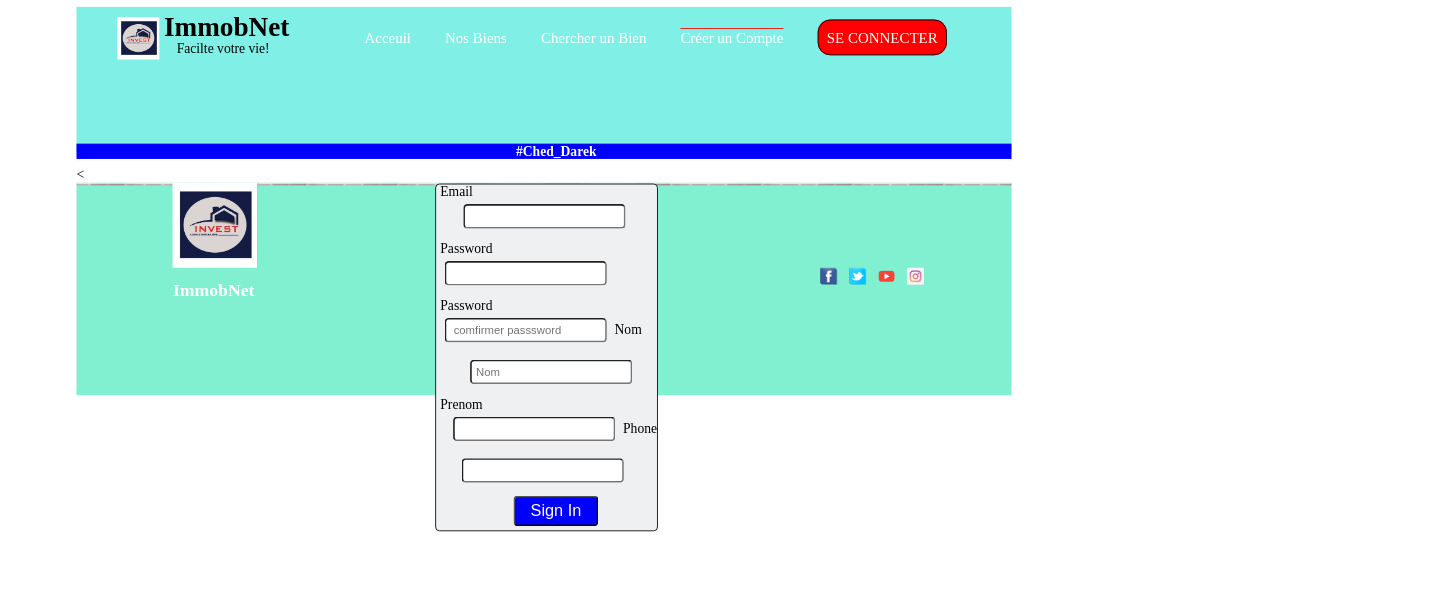
Repository: hassen-mnejja/Real_Estate_Agency_Website
Page: http://localhost/frontoffice/Register
The author's editor kept a copy of each file at every save. The page is drawn from the files as they stood at one save, then again after the next save.
The browser window is 1280 px wide. The page is 1707 px wide, so the pictures cover 1707 px, including what lies to the right of the window. The pictures show the whole page, at 85% of full size.
The page is served by Tomcat 9. Other server files are loaded and not shown.

Above is the page before, as saved 2020-06-26 17:54:09.

### frontoffice/WebContent/WEB-INF/register.jsp
<%@ page pageEncoding="UTF-8" %>
<%@ taglib uri="http://java.sun.com/jsp/jstl/core" prefix="c" %>
<!DOCTYPE html>
<html>
    <head>
        <meta charset="utf-8" />
        <link rel="stylesheet" href="style50.css" />
        <!--  <link href="css/bootstrap.min.css" rel="stylesheet" id="bootstrap-css">-->
        <title>Acceuil</title>
    </head>
    <body>

         <div id="bloc_page">
        	<header>
        		<div id="logo">
        	    <img src="invest-image.png" title="Avec ImmobNet Trouvez ce que vous conviendrez" >
        	    <h1>ImmobNet</h1>
        	    <p>Facilte votre vie!</p>
        	    </div>
                <nav>
                	<ul>
                		<li><a href="Acceuil" >Acceuil</a></li>
                		<li><a href="#">Nos Biens </a>
                		<ul class="down">
                			<li><a href="Image?nombre=2">Maison</a></li>
                			<li><a href="Image?nombre=1">Appartement</a></li>
                			<li><a href="Image?nombre=3">Studio</a></li>
                            <li><a href="Image?nombre=4">Emplacement</a></li>
                        </ul></li>
                		<li><a href="Image"> Chercher un Bien</a></li>

                		<c:choose>
                		<c:when test="${id==0 }">
                		<li ><a href="Image" ><span class="acceuil"> Créer un Compte</span></a></li>

                		<li class="blanc"><a href="User" class="couleur"> SE CONNECTER</a></li>
                		</c:when>

                		<c:otherwise>

                		<li><a href="Visite"> Visiter Mon compte</a></li>
                		 <li class="blanc"><a href="Deconnexion" class="couleur"> SE Déconnecter</a></li>


                		</c:otherwise>
                		</c:choose>


                    </ul>
                </nav>
            </header>
            <div class="essai">
            <h1>#Ched_Darek </h1>

            </div>
           <!--  <div style="border-radius:10px;magin margin:30px auto; width:600px">
<form action="Register" action="Get">
   <div class="p-3 mb-2 bg-light text-dark">
    <span>${message}</span>
    </div>
  <div class="form-row">
    <div class="form-group col-md-6">
      <label for="inputEmail4">Email</label>
      <input type="email" class="form-control" id="inputEmail4" name="email">
    </div>
    <div class="form-group col-md-6">
      <label for="inputPassword4">Password</label>
      <input type="password" class="form-control" id="inputPassword4" name="pwd1">
    </div>
  </div>
  <div class="form-group">
    <label for="inputAddress">password</label>
    <input type="password" class="form-control" id="inputAddress" placeholder=" comfirmer passsword" name="pwd2">
  </div>
  <div class="form-group">
    <label for="inputAddress2">nom</label>
    <input type="text" class="form-control" id="inputAddress2" placeholder="nom" name="nom">
  </div>
  <div class="form-row">
    <div class="form-group col-md-6">
      <label for="inputCity">Prenom</label>
      <input type="text" class="form-control" id="inputCity" name="prenom">
    </div>
    </div>
    <div class="form-row">
    <div class="form-group col-md-2">
      <label for="inputZip">phone</label>
      <input type="text" class="form-control" id="inputcity" name="num"><br>
    </div>
  </div>
  <br>
  <button type="submit" class="btn btn-primary">Sign in</button>
</form>
</div> -->

    <form method="post" action="Register">
      <span>
     <label for="inputEmail4">Email</label>
 </span>
    <input type="email" class="form-control" id="inputEmail4" name="email" required>


    <label for="inputPassword4">Password</label>
    <input type="password" class="form-control" id="inputPassword4" name="pwd1" require>

    <label for="inputAddress">Password</label>
    <input type="password" class="form-control" id="inputAddress" placeholder=" comfirmer passsword" name="pwd2" reqired>
    <label for="inputAddress2">Nom</label>
    <input type="text" class="form-control" id="inputAddress2" placeholder="Nom" name="nom" required>
    <label for="inputCity">Prenom</label>
    <input type="text" class="form-control" id="inputCity" name="prenom"required>
    <label for="inputZip">Phone</label>
    <input type="text" class="form-control" id="inputcity" name="num" required><br>
    <button type="submit" class="btn btn-primary">Sign In</button>
    </form>

    <  <div id="final">
            <footer>
            	    <div class="element1">

            		<img src="invest-image.png" >
            		<h1> ImmobNet</h1>
            	    </div>
            		<ul>
            			<li><a href="#"> Qui sommes nous?</a></li>
            			<li><a href="#">Contactez-nous</a></li>
            			<li><a href="#">Condition d'utilisation</a></li>
            			<li><a href="#"> Protection des données</a></li>
            		</ul>
            		<div class="element2">
            		<a href="#"><img src="facebook.png"></a>
            		<a href="#"><img src="twitter.png"></a>
            		<a href="#" class="youtube"><img src="you tube.png" ></a>
            		<a href="#"><img src="instagram.jpg"></a>
            	    </div>
            </footer>
            </div>
    </div>
    </body>
</html>

### frontoffice/src/com/please/Register.java
package com.please;

import java.io.IOException;

import javax.servlet.ServletException;
import javax.servlet.http.HttpServlet;
import javax.servlet.http.HttpServletRequest;
import javax.servlet.http.HttpServletResponse;

import com.stp.Utilisateur;

public class Register extends HttpServlet {
	private static final long serialVersionUID = 1L;

	public Register() {
		super();

	}

	@Override
	protected void doGet(HttpServletRequest request, HttpServletResponse response) throws ServletException, IOException {
		request.setAttribute("id", Utilisateur.id);
		request.getRequestDispatcher("/WEB-INF/register.jsp").forward(request, response);
	}

	@Override
	protected void doPost(HttpServletRequest request, HttpServletResponse response) throws ServletException, IOException {
		Utilisateur u = new Utilisateur();
		String pwd1 = request.getParameter("pwd1");
		String pwd2 = request.getParameter("pwd2");
		String email = request.getParameter("email");

		String nom = request.getParameter("nom");
		String prenom = request.getParameter("prenom");
		String tel = request.getParameter("num");
		request.setAttribute("pwd1", pwd1);
		request.setAttribute("nom", nom);
		request.setAttribute("prenom", prenom);
		request.setAttribute("tel", tel);
		request.setAttribute("email", email);
		String Message;
		if (pwd1.equals(pwd2)) {
			u.addClient(request);
			Utilisateur.id = u.dernierligne();
			Message = "succes inscription ";
			request.setAttribute("message", Message);

		} else {
			Message = "inscription echou� , verifier votre mot de passe";
			request.setAttribute("message", Message);
		}
		request.setAttribute("id", Utilisateur.id);
		request.getRequestDispatcher("/WEB-INF/register.jsp").forward(request, response);
	}

}

### frontoffice/src/com/stp/Utilisateur.java
package com.stp;

import java.sql.Connection;
import java.sql.DriverManager;
import java.sql.PreparedStatement;
import java.sql.ResultSet;
import java.sql.SQLException;
import java.sql.Statement;
import java.util.ArrayList;
import java.util.List;

import javax.servlet.http.HttpServletRequest;

public class Utilisateur {
	public static int id;
	public static int bien;
	public static int entrer;
	public static String nom;
	public static String prenom;
	public static String email;
	public static String numtel;
	public static String password;
	public static List<String[]> listefavoris = new ArrayList<String[]>();
	private Connection connexion;
	private Statement st;
	private ResultSet rs;

	private void loadDatabase() {

		try {
			Class.forName("com.mysql.jdbc.Driver");
		} catch (ClassNotFoundException e) {}

		try {
			String url = "jdbc:mysql://localhost:3306/agence?useUnicode=true&useJDBCCompliantTimezoneShift=true&useLegacyDatetimeCode=false&serverTimezone=UTC";

			connexion = DriverManager.getConnection(url, "root", "");
		} catch (SQLException e) {
			e.printStackTrace();
		}
	}

	public int identifiant(HttpServletRequest request) {
		String emaile = request.getParameter("email");
		String passworde = request.getParameter("password");
		loadDatabase();
		try {
			st = connexion.createStatement();
			rs = st.executeQuery("select * from client c where " + "c.email='" + emaile + "'" + " AND c.password='" + passworde + "';");
			if (rs != null) {
				rs.next();
				id = rs.getInt("idclient");
				prenom = rs.getString("prenom");
				nom = rs.getString("nom");
				password = rs.getString("password");
				email = rs.getString("email");
				numtel = rs.getString("numtel");

			} else
				id = 0;
		} catch (SQLException e) {
			e.printStackTrace();
		} finally {
			// Fermeture de la connexion
			try {
				if (rs != null)
					rs.close();
				if (st != null)
					st.close();
				if (connexion != null)
					connexion.close();
				/*
				 * if (st1 != null) st.close();
				 */
			} catch (SQLException ignore) {
				ignore.printStackTrace();
			}

		}
		return id;
	}

	public void addClient(HttpServletRequest request) {
		loadDatabase();

		try {
			PreparedStatement ps = connexion.prepareStatement("insert into client(nom,prenom,password,email,numtel) values(?,?,?,?,?)");
			/* ps.setString(1,null); */
			String email = request.getParameter("email");
			String pwd1 = request.getParameter("pwd1");
			String nom = request.getParameter("nom");
			String prenom = request.getParameter("prenom");
			String tel = request.getParameter("num");
			this.prenom = prenom;
			this.email = email;
			this.password = pwd1;
			this.nom = nom;
			this.numtel = tel;
			ps.setString(1, nom);
			ps.setString(2, prenom);
			ps.setString(3, pwd1);
			ps.setString(4, email);
			ps.setString(5, tel);
			ps.executeUpdate();
		} catch (SQLException e) {

			e.printStackTrace();

		}
	}

	public int dernierligne() {
		loadDatabase();
		int i = 0;
		try {
			st = connexion.createStatement();
			rs = st.executeQuery("select * from client ;");

			while (rs.next())
				i = i + 1;
		} catch (SQLException e) {
			e.printStackTrace();
		}

		return i;
	}

	public boolean UpdateClient(HttpServletRequest request) {
		loadDatabase();
		boolean flag = false;
		String sql = "update client set password=?,numtel=?,nom=?,prenom=?,email=? where idclient=?";
		try {
			PreparedStatement ps = connexion.prepareStatement(sql);

			ps.setString(1, request.getParameter("pwd1"));
			ps.setString(2, request.getParameter("num"));
			ps.setString(3, request.getParameter("nom"));
			ps.setString(4, request.getParameter("prenom"));
			ps.setString(5, request.getParameter("email"));
			ps.setInt(6, id);
			if (ps.executeUpdate() > 0) {
				flag = true;

			}
			ps.close();
		} catch (SQLException e) {
			// TODO: handle exception
			e.printStackTrace();
		}
		return flag;

	}
}

### frontoffice/WebContent/style50.css
@CHARSET "ISO-8859-1";
#bloc_page
{
    width: 1100px;
    margin: auto;
   /*background-color:#80F0E6;*/
}
header
{
   display:flex;
   justify-content: space-around;
   background-color:#E4DEDD;
   /*#80F0E6
   background-color:#E4DEDD;*/
   height:170px;
   background: url('separateur.png') repeat-x bottom #80F0E6;
}
.acceuil
{
	text-decoration:overline red ;
}
/*navigation*/
nav ul
{
	display:flex;
	list-style: none;
}
nav ul a
{
	text-decoration:none;
	color:white;
	margin-right:40px;
	font-size: 1.1em;

}
.down
{
	display:none;
   /* margin-right:500px;*/
    padding: 0px;


}
.down a
{
	font-size: 0.9em;
}
a:hover
{
	color:red;
}
nav ul li:hover .down
{
	display:flex;
	flex-direction:column;
	margin-right:-30px;
}
#logo
{
	display:flex;
}
#logo img
{

	width:50px;
	height:50px;
	margin-top: 12px;
	margin-left: 12px;
}
#logo h1
{
	width:25px;
	margin-top:5px;
	margin-left:5px;

}
#logo p
{
	margin-top:40px;
	margin-left:-10px;
}
nav ul li
{
	margin-top:10px;
}

.essai
{
	/*width:70px;*/
	background-color:blue;
	margin-top:-20px;
}
.essai h1
{
	position:relative;
	top:50%;
	left:47%;
	color:white;
	font-size:1em;
}
/*.bordure
{
	border:1px black solid;
	padding:10px;
	border-radius: 15px 15px;
	background-color:red;
	<li><a href="#" class="bordure">Publier Une Annonce</a></li>
}*/
.couleur
{
	border:1px black solid;
	padding:10px;
	border-radius: 15px 15px;
	background-color:red;*/
	color:white;
	/*font-size:1em;*/

}
/*.blancc
{
	margin-top:20px;
}*/
.blancc a:hover{
	color: white;
}
.blanc a:hover{
	color: white;
}

article a:hover div
{
	opacity:1;
}
#conteneur
{
   margin-right:190px;
}

/*footer*/
#final
{
	background-color: #80F0D1;
}
footer
{
	display:flex;
	justify-content: space-around;
	height:250px;
	background: url('separateur.png') repeat-x top;

}
footer ul
{
	list-style: none;
	display:flex;
	flex-direction: column;
}
footer ul li
{
    margin-top: 20px;
    margin-right: 100px;
}
footer ul a
{
	text-decoration:none;
	color:white;

}
.element2 img
{
	width:20px;
	height: 20px;
	margin-right: 10px;
	margin-top: 100px;
}
.element1
{
	display:flex;
	flex-direction:column;

}
.element1 img
{
	width:100px;
	height: 100px;
	margin-left: 20px;

}
.element1 h1
{
    color:white;
   font-size: 1.3em;
   margin-left: 20px;
}
form
{
	width:260px;
	background-color: #eff0f1;
	border:1px solid black;
	border-radius: 5px;
	position:absolute;
	top:30%;
	left:40%;
}

.form-control
{
    margin-bottom:15px;
	margin-left:10px;
	border-radius:5px;
	padding:5px;
	margin-top:5px;


}
label
{

	margin-left:5px;
	font-style: bold;


}

button
{
	padding: 5px;
	position: relative;
	left: 35%;
	background-color:blue;
	border-radius: 5px;
	width:100px;
	margin-bottom: 5px;
	color: white;
	font-size: 1.2em;
	font-style: bold;
	cursor: pointer;
}
#inputEmail4
{margin-left: 32px;}
#inputAddress2
{margin-left: 40px;}
#inputcity
{margin-left: 30px;}
#inputCity
{margin-left: 20px;}
#inputCity1
{margin-left: 5px;}

After the next save:
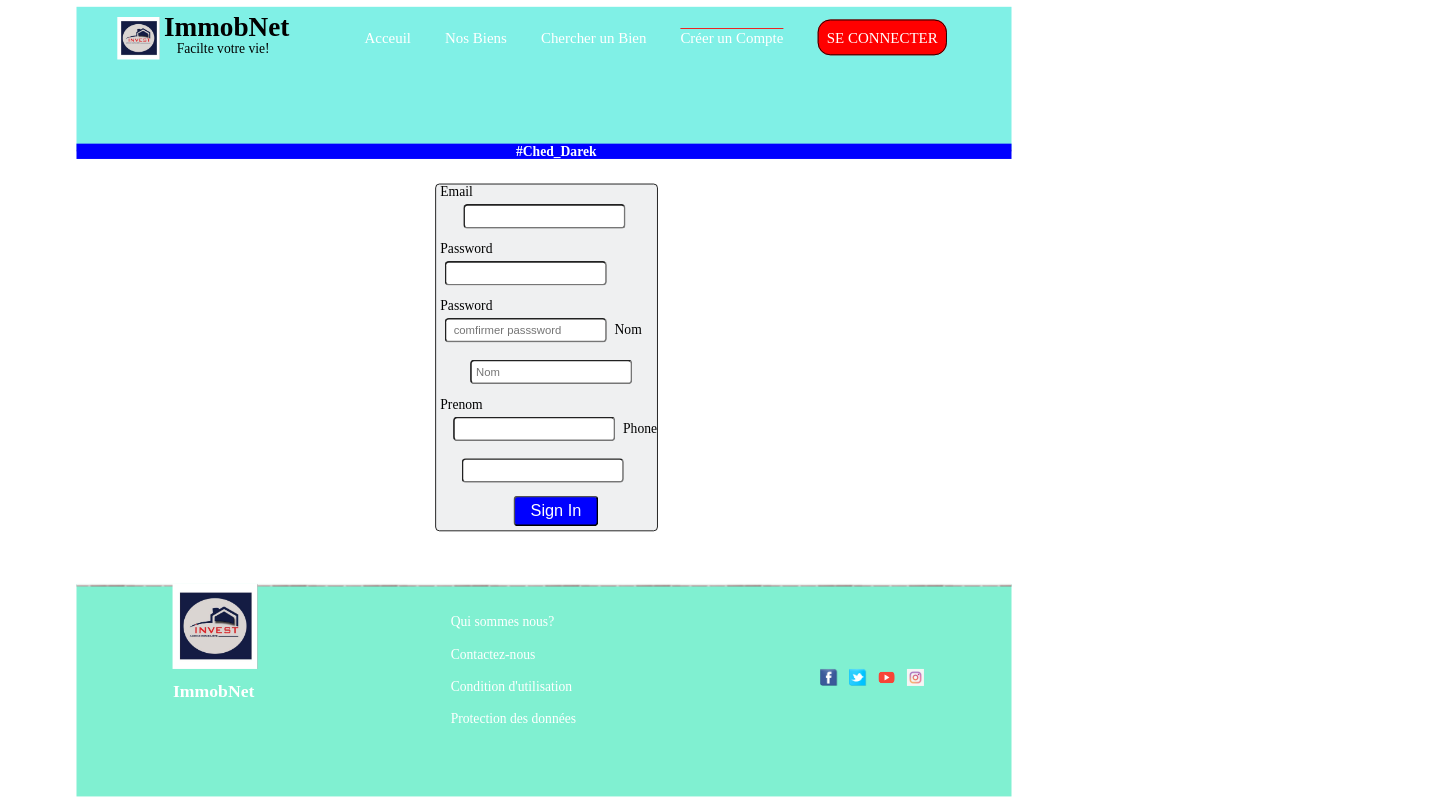
Saved 28 s later.
--- a/frontoffice/WebContent/WEB-INF/register.jsp
+++ b/frontoffice/WebContent/WEB-INF/register.jsp
@@ -114,7 +114,7 @@
     <button type="submit" class="btn btn-primary">Sign In</button>
     </form>
 
-    <  <div id="final">
+     <div id="final" style="margin-top:500px;">
             <footer>
             	    <div class="element1">
 
